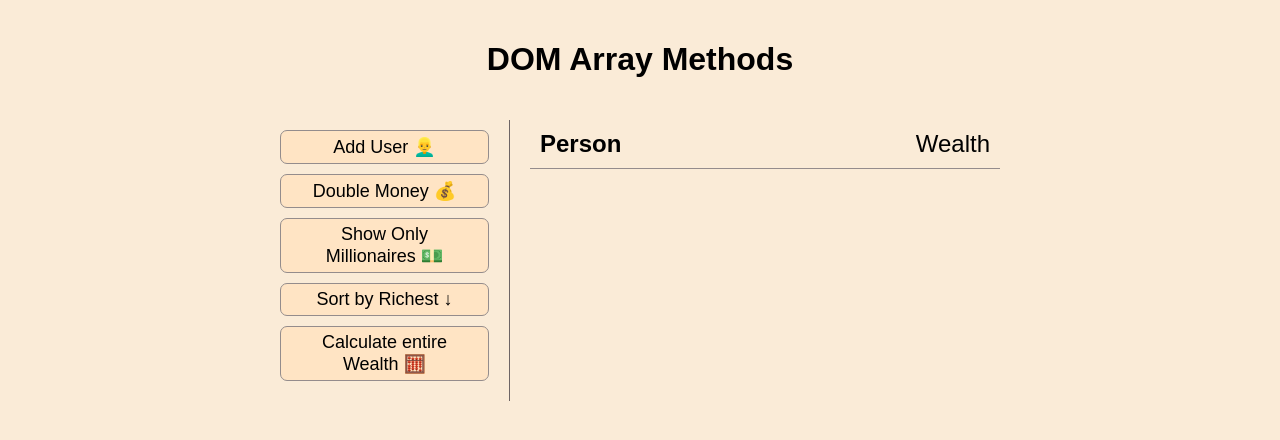
Repository: AbrorjonKuchkarov/DOM-Array-Methods
Page: index.html
These files come from the project's save history. The page is drawn as it stood at one moment and after the next save; the edit follows.
The browser window is 1280 px wide. The pictures show the whole page.

Above is the page before, as saved 2022-02-24 15:52:43.

### index.html
<!DOCTYPE html>
<html lang="en">
<head>
   <meta charset="UTF-8">
   <meta http-equiv="X-UA-Compatible" content="IE=edge">
   <meta name="viewport" content="width=device-width, initial-scale=1.0">
   <link rel="stylesheet" href="style.css">
   <title>DOM Array Methods</title>
</head>
<body>
   <h1>DOM Array Methods</h1>
      <div class="container">
         <aside class="btns">
            <button id="add-user">Add User 👱‍♂️</button>
            <button id="double">Double Money 💰</button>
            <button id="show-millionaires">Show Only Millionaires 💵</button>
            <button id="sort">Sort by Richest ↓</button>
            <button id="calculate-wealth">Calculate entire Wealth 🧮</button>
         </aside>

         <main id="main">
            <h2><strong>Person</strong> Wealth</h2>
         </main>


      </div>



   <script src="app.js"></script>
</body>
</html>

### style.css
*{
   box-sizing: border-box;
}

body{
   margin: 0;
   padding: 20px;
   display: flex;
   flex-direction: column;
   align-items: center;
   height: 100vh;
   font-family: Arial, Helvetica, sans-serif;
   background-color: antiquewhite;
}

.container{
   display: flex;
   max-width: 100%;
   width: 800px;
   padding: 20px;
   margin: 0 auto;
}

aside {
   padding: 10px 20px;
   border-right: 1px solid #6d6565;
   width: 250px;
}

button {
   display: block;
   width: 100%;
   font-size: 18px;
   margin-bottom: 10px;
   border-radius: 7px;
   outline: none;
   padding: 5px 15px;
   border: 1px solid rgb(148, 140, 140);
   background-color: bisque;

}

button:hover {
   box-shadow: 0px 1px #6d6565;
}

main{
   flex: 1;
   padding: 10px 20px;
}

h2{
   border-bottom: 1px solid rgb(148, 140, 140);
   display: flex;
   justify-content: space-between;
   font-weight: 300;
   padding: 0 10px 10px 10px;
   margin: 0px;
}

Loaded but not shown: app.js (no copy from this time; the picture is the same without it)

After the next save:
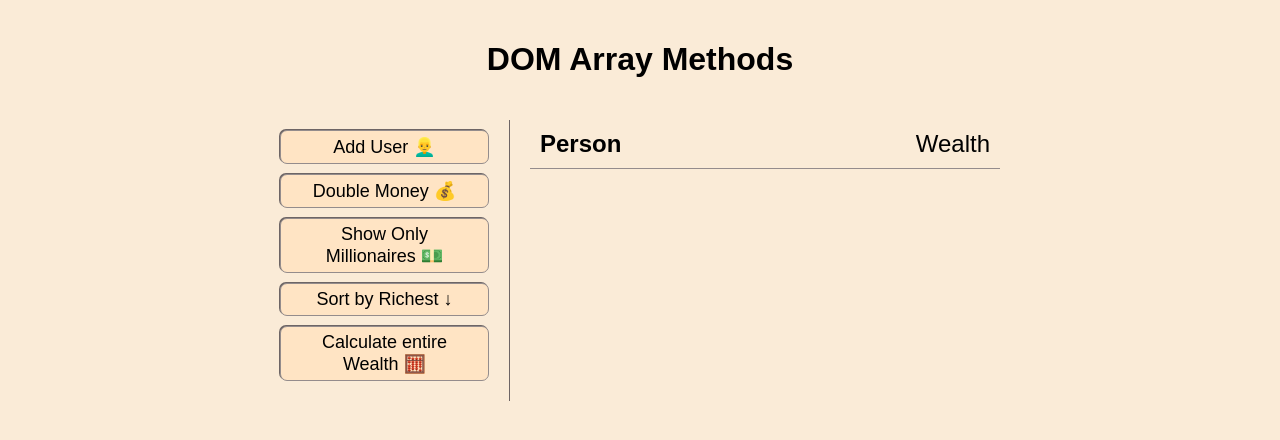
Saved 44 s later.
--- a/style.css
+++ b/style.css
@@ -37,7 +37,7 @@
    padding: 5px 15px;
    border: 1px solid rgb(148, 140, 140);
    background-color: bisque;
-
+   box-shadow: -1px -1px #6d6565;
 }
 
 button:hover {
